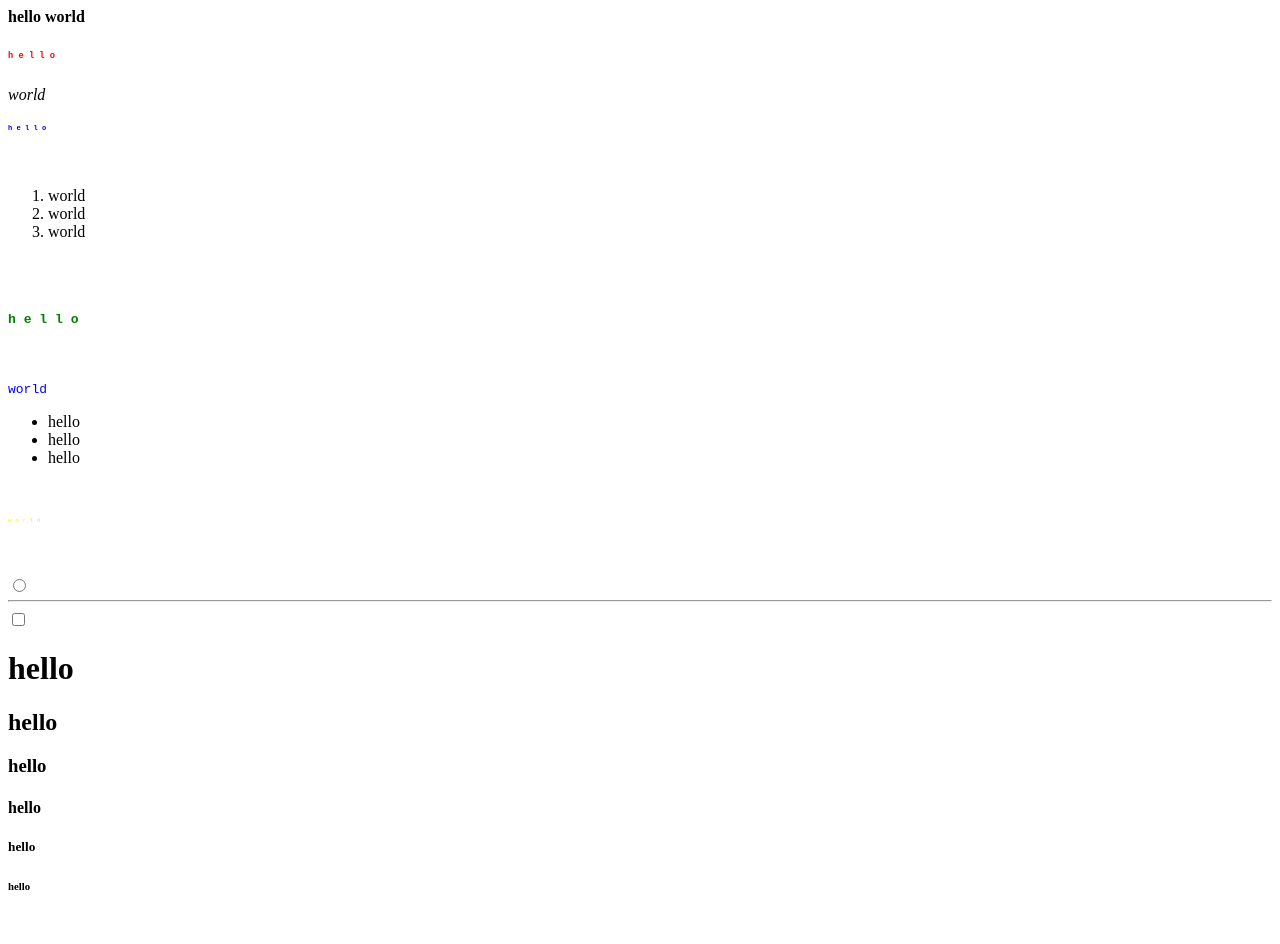
Repository: cbickhar/cbickhar.github.io
Page: project_1.html
The author's editor kept a record of every edit. The page is drawn from the files as they stood at one moment, then again after the next edit.
The browser window is 1280 px wide. The pictures show the whole page.

Above is the page before.

After the next edit:
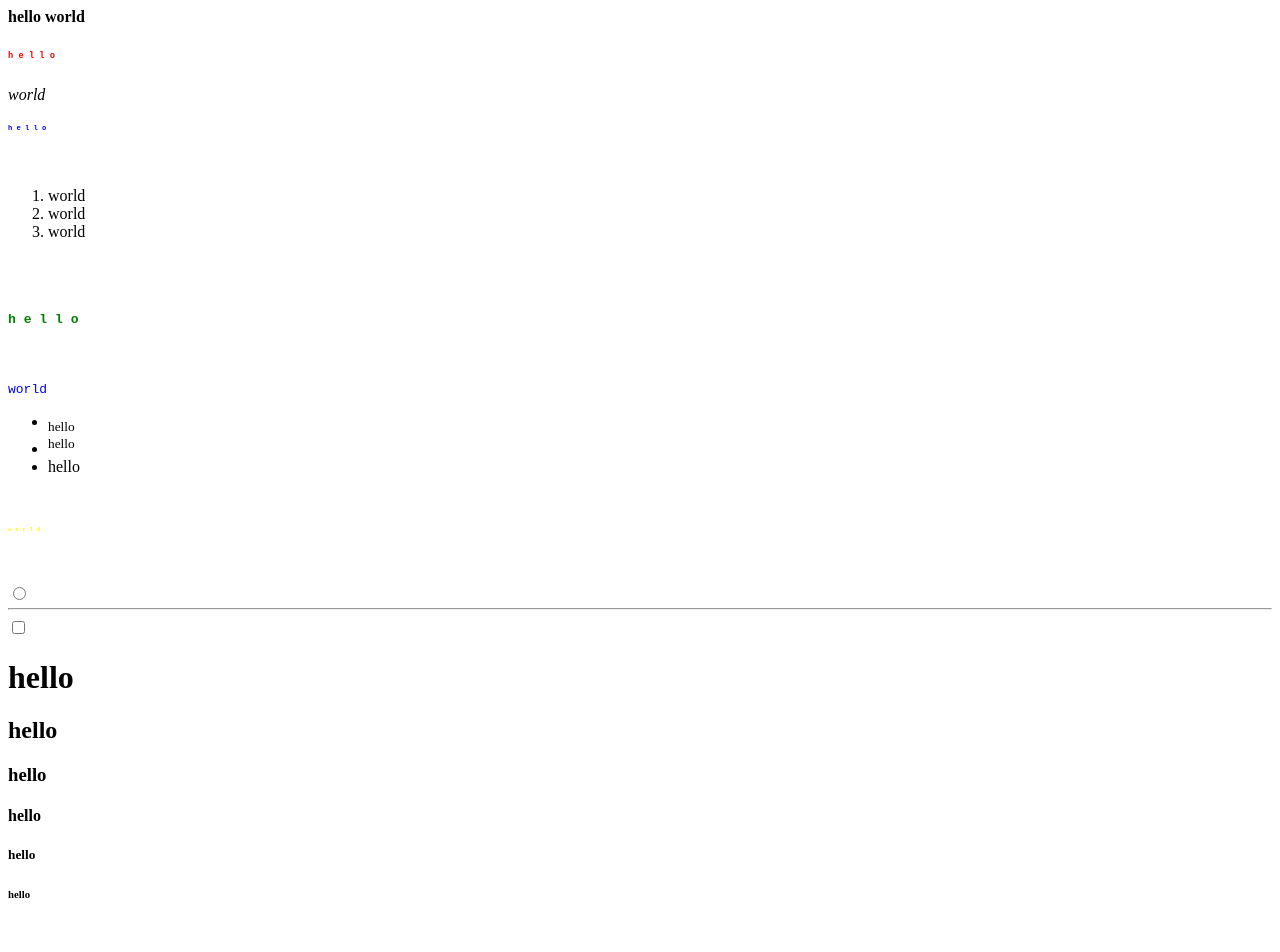
The edit:
--- a/project_1.html
+++ b/project_1.html
@@ -17,8 +17,8 @@
     <font color="blue"><code>world</code></font>
     <br>
     <ul>
-  <li>hello</li>
-  <li>hello</li>
+  <li><sub>hello</sub></li>
+  <li><sup>hello</sup></li>
   <li>hello</li>
 </ul>
     <br>
